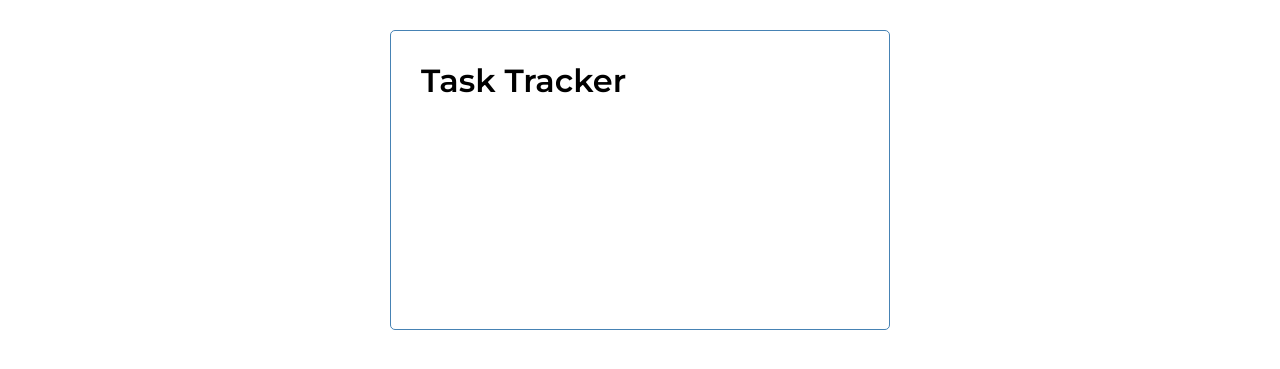
Repository: kate30980/task-tracker-reactjs
Page: /
The author's editor kept a copy of each file at every save. The page is drawn from the files as they stood at one save, then again after the next save.
The browser window is 1280 px wide. The pictures show the whole page.
The project was rebuilt for these pictures with package versions that can differ from the ones it lists, and the page was loaded fresh each time.

Above is the page before, as saved 2021-09-19 15:02:41.

### public/index.html
<!DOCTYPE html>
<html lang="en">

<head>
  <meta charset="utf-8" />
  <link rel="icon" href="%PUBLIC_URL%/favicon.ico" />
  <meta name="viewport" content="width=device-width, initial-scale=1" />
  <meta name="theme-color" content="#000000" />
  <meta name="description" content="Web site created using create-react-app" />
  <link rel="apple-touch-icon" href="%PUBLIC_URL%/logo192.png" />
  <!--
      manifest.json provides metadata used when your web app is installed on a
      user's mobile device or desktop. See https://developers.google.com/web/fundamentals/web-app-manifest/
    -->
  <link rel="manifest" href="%PUBLIC_URL%/manifest.json" />
  <!--
      Notice the use of %PUBLIC_URL% in the tags above.
      It will be replaced with the URL of the `public` folder during the build.
      Only files inside the `public` folder can be referenced from the HTML.

      Unlike "/favicon.ico" or "favicon.ico", "%PUBLIC_URL%/favicon.ico" will
      work correctly both with client-side routing and a non-root public URL.
      Learn how to configure a non-root public URL by running `npm run build`.
    -->
  <title>Task Tracker</title>
</head>

<body>
  <noscript>You need to enable JavaScript to run this app.</noscript>
  <div id="root"></div>
  <!--
      This HTML file is a template.
      If you open it directly in the browser, you will see an empty page.

      You can add webfonts, meta tags, or analytics to this file.
      The build step will place the bundled scripts into the <body> tag.

      To begin the development, run `npm start` or `yarn start`.
      To create a production bundle, use `npm run build` or `yarn build`.
    -->
</body>

</html>

### src/index.css

@import url('https://fonts.googleapis.com/css2?family=Montserrat:wght@300;400;600&display=swap');

*{
  box-sizing: border-box;
  margin:0;
  padding:0;
}

body {
  font-family: 'Montserrat', sans-serif;
}

.container {
  max-width: 500px;
  margin: 30px auto;
  overflow: auto;
  min-height: 300px;
  border: 1px solid steelblue;
  padding: 30px;
  border-radius: 5px;
}
.header{
  display: flex;
  justify-content: space-between;
  align-items: center;
  margin-bottom: 20px;
}
.btn{
  display: inline-block;
  background: #000;color: #fff;
  border: none;
  padding: 10px 20px;
  margin: 5px;
  border-radius:5px;
  cursor: pointer;
  text-decoration: none;
  font-size: 15px;
  font-family: inherit;
}
.btn:focus{
  outline: none;
}
.btn:active{
  transform:scale(0.98);
}
.btn-block{
  display: block;
  width: 100%;
}
.event{
  background:#f4f4f4;
  margin: 5px;
  padding: 10px 20px;
  cursor: pointer;
}
.event .reminder{
  border-left: 5px solid green;
}
.event h3{
  display: flex;
  align-items:center;
  justify-content: space-between;
}
.add-form{
  margin-bottom: 40px;
}
.from-control{
  margin: 20px 0;
}
.from-control label {
  display: block;
}
.from-control input{
  width: 100%;
  height: 40px;
  margin: 5px;
  padding: 3px 7px;
  font-size: 17px;
}
.form-control-check{
  display: flex;
  align-items: center;
  justify-content: space-between;
}
.form-control-check label{
  flex: 1;
}
.form-control-check input {
  flex: 2;
  height: 20px;
}
footer{
  margin-top: 30px;
  text-align: center;
}

### src/components/Header.js
import PropTypes from "prop-types";
import Button from "./Button";

const Header = ({ title }) => {
  return (
    <header className="header">
      <h1>{title}</h1>
    </header>
  );
};

Header.defaultProps = {
  title: "Task Tracker",
};

Header.propTypes = {
  title: PropTypes.string.isRequired,
};

export default Header;

### src/components/Button.js
const Button = () => {
  return <button className="btn">Add</button>;
};

export default Button;

Loaded but not shown: src/index.js (common file); src/App.js (common file); src/reportWebVitals.js (common file)

After the next save:
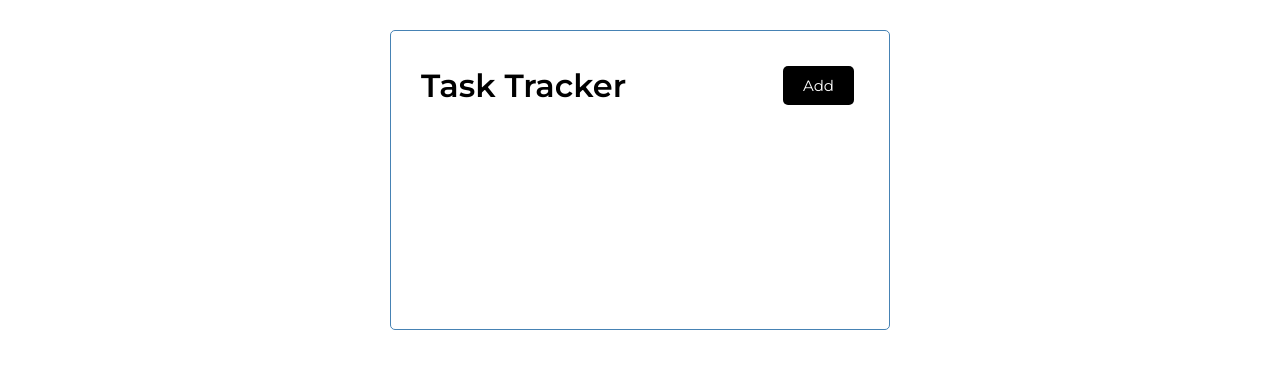
Saved 59 s later.
--- a/src/components/Header.js
+++ b/src/components/Header.js
@@ -5,6 +5,7 @@ const Header = ({ title }) => {
   return (
     <header className="header">
       <h1>{title}</h1>
+      <Button color="green" text="Hello" />
     </header>
   );
 };
